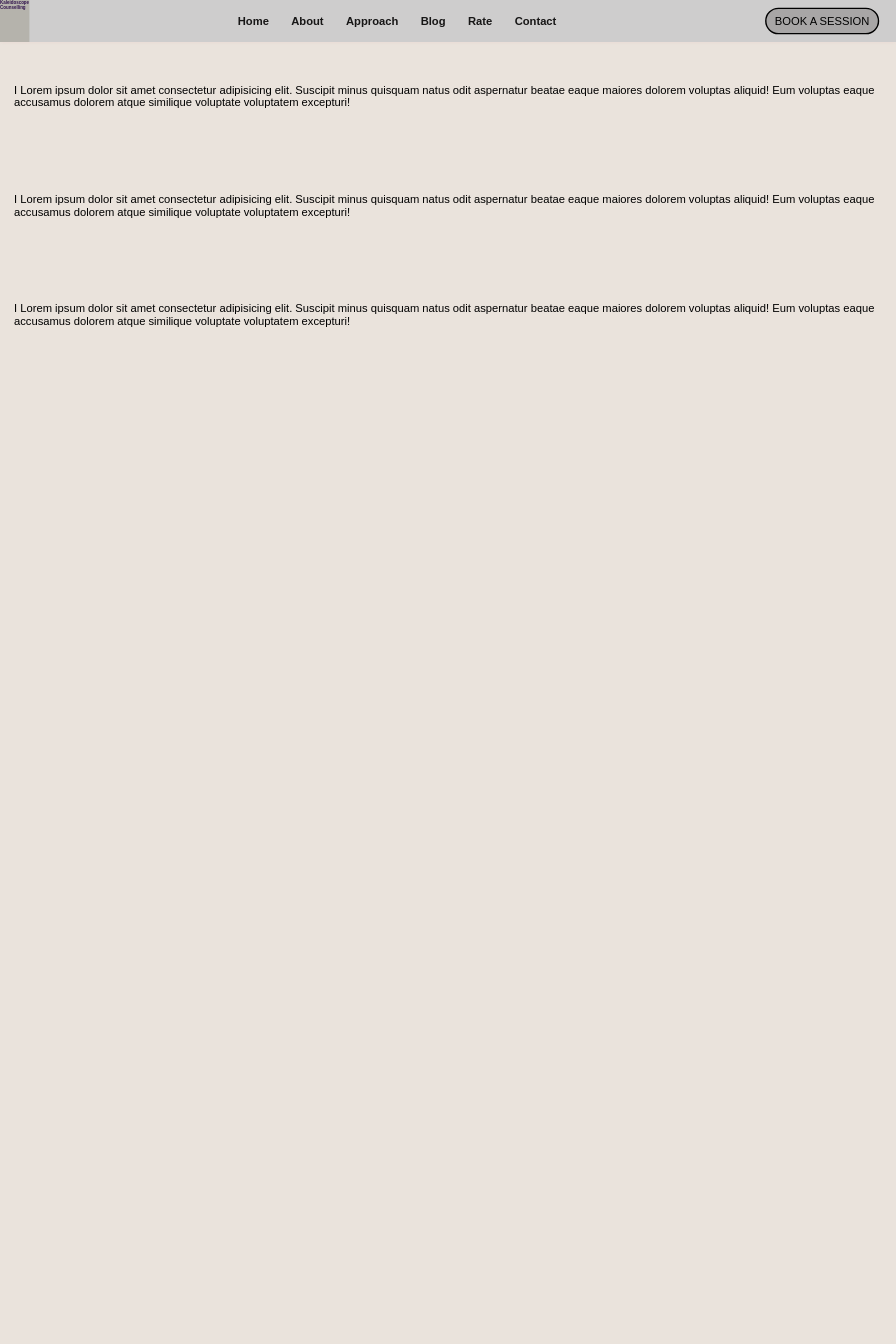
Repository: voutadi/Project1
Page: index.html
These files come from the project's save history. The page is drawn as it stood at one moment and after the next save; the edit follows.
The browser window is 1280 px wide. The pictures show the part of the page from y = 0 to 1920 px (the page is 3120 px tall), at 70% of full size.

Above is the page before, as saved 2024-07-08 22:26:56.

After the next save:
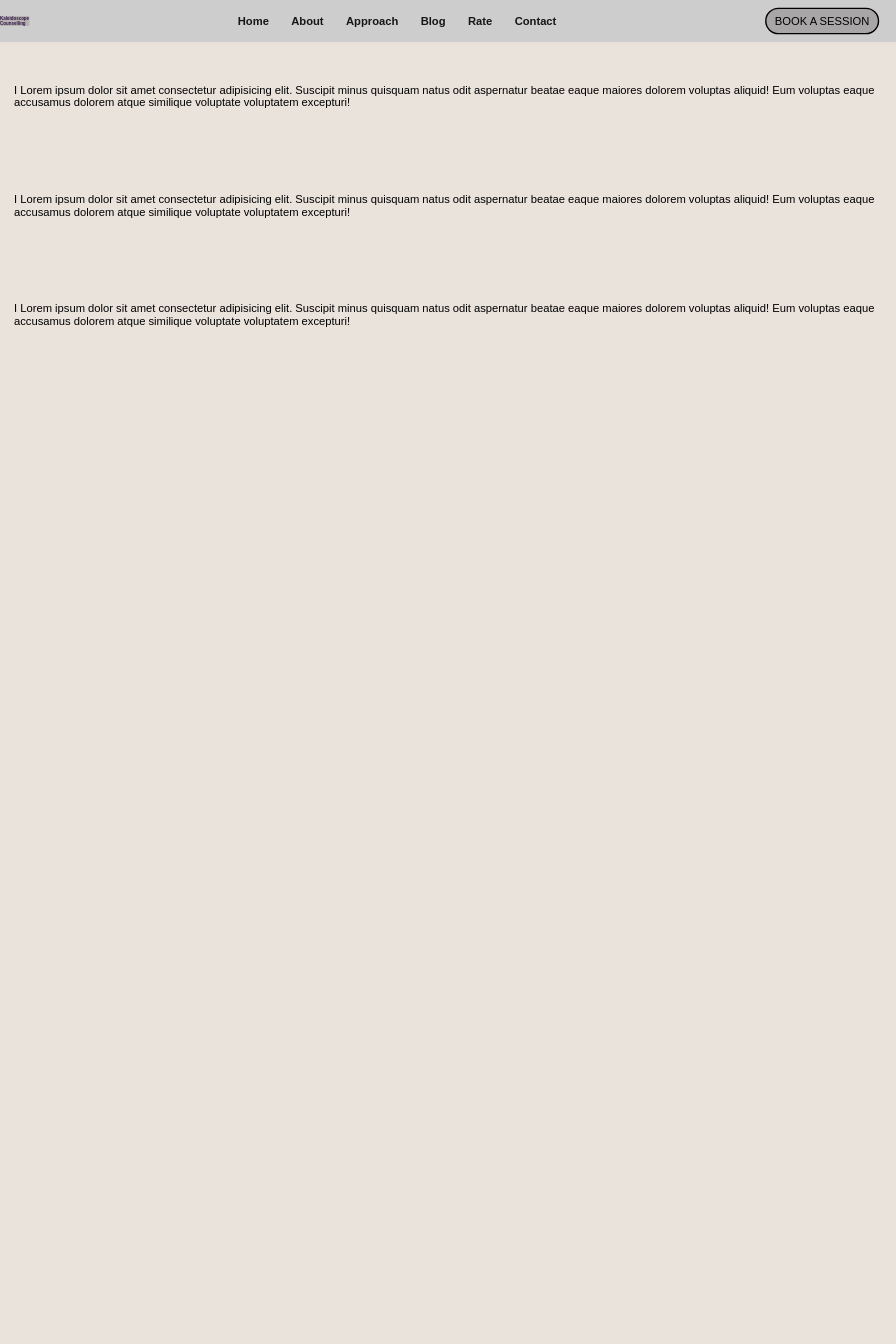
Saved 87 s later.
--- a/styles/style.css
+++ b/styles/style.css
@@ -26,7 +26,7 @@
 .logo-container {
   max-width: 100%; /* Put condition for smaller or biger divice*/
   background-color: rgb(181, 179, 172);
-  height: 100%;
+  height: ;
 }
 .logo {
   color: rgb(50, 21, 77);

After the 2 saves that followed:
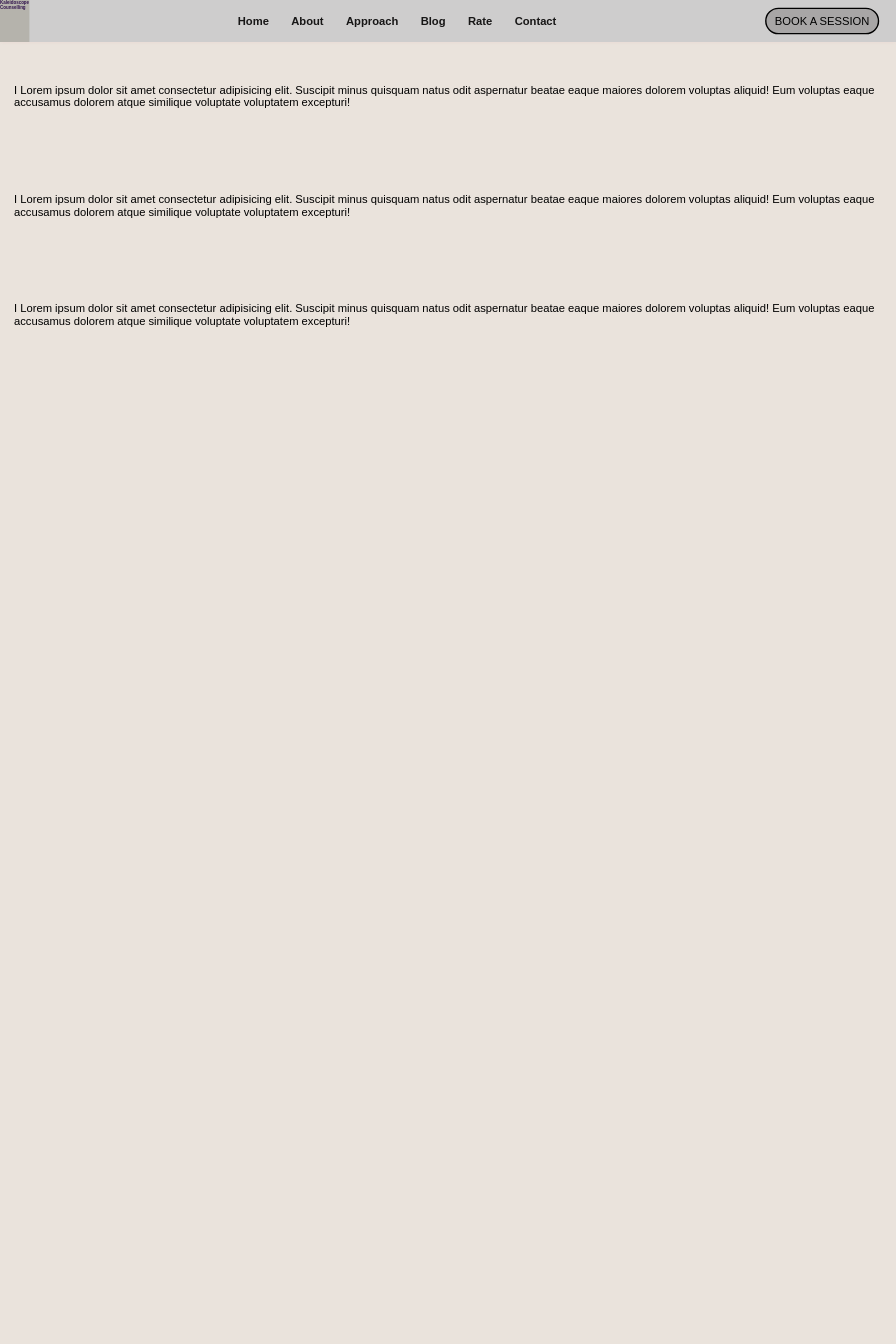
The 2 saves are shown as one change because they came seconds apart.
The last was saved 11 s later.
--- a/styles/style.css
+++ b/styles/style.css
@@ -26,7 +26,7 @@
 .logo-container {
   max-width: 100%; /* Put condition for smaller or biger divice*/
   background-color: rgb(181, 179, 172);
-  height: ;
+  height: 60px;
 }
 .logo {
   color: rgb(50, 21, 77);
